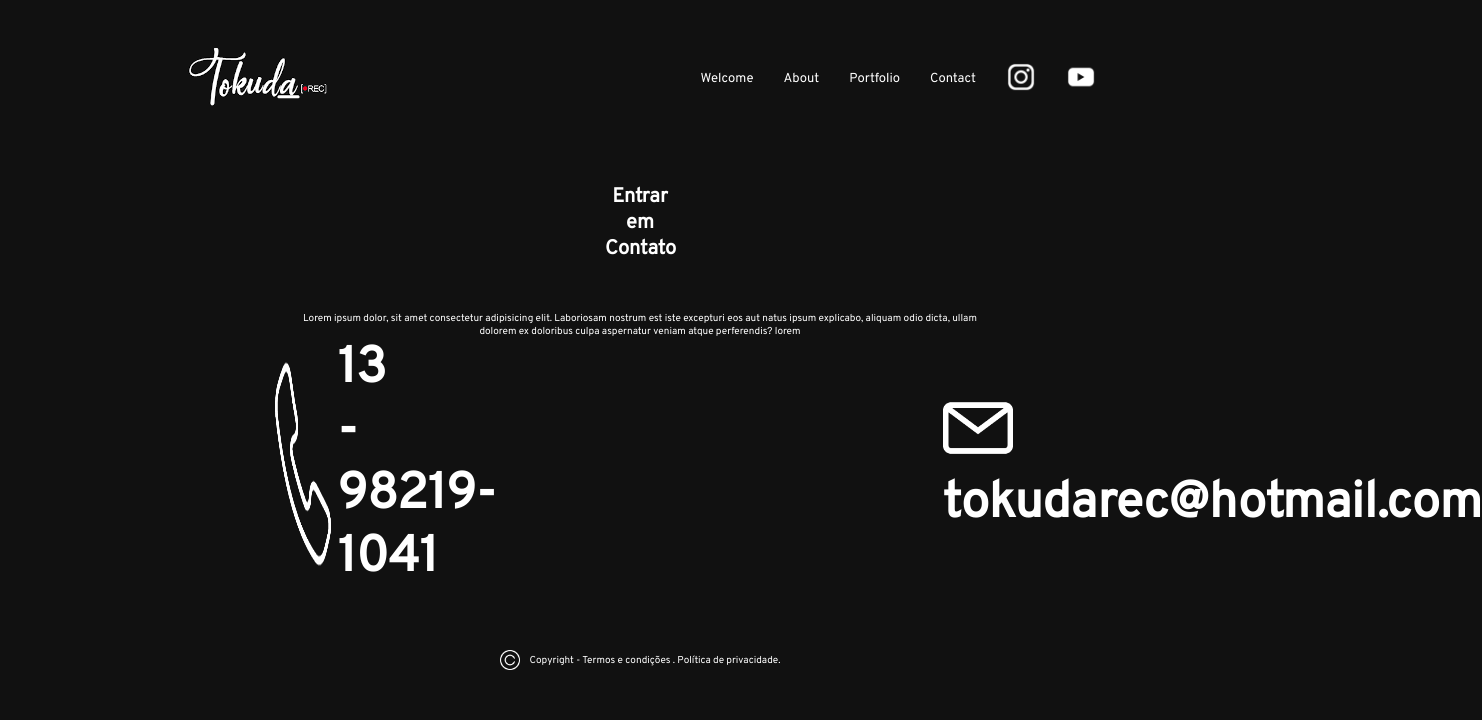
Repository: Lucasbeze/Project-FilmMaker
Page: projeto-alex/pages/contact.html
The author's editor kept a copy of each file at every save. The page is drawn from the files as they stood at one save, then again after the next save.
The browser window is 1280 px wide. The page is 1482 px wide, then 1464 px, so the pictures cover 1482 px, including what lies to the right of the window. The pictures show the whole page.

Above is the page before, as saved 2022-08-26 16:21:49.

### projeto-alex/pages/contact.html
<!DOCTYPE html>
<html lang="pt-br">
<head>
  <meta charset="UTF-8">
  <meta http-equiv="X-UA-Compatible" content="IE=edge">
  <meta name="viewport" content="width=device-width, initial-scale=1.0">
  <title>Contact</title>
  <link rel="stylesheet" href="/css/contact.css">
  <link rel="shortcut icon" href="../imagens/faviconlogo.png" type="image/x-icon">
</head>
<body>
  <header>
    <a href="/"><img src="../imagens/logonovo.png" alt="logo-alextokuda"></a>
    <nav>
      <a href="/">Welcome</a>
      <a href="/about">About</a>
      <a href="/portfolio">Portfolio</a>
      <a href="/contact">Contact</a>
      <a href="https://www.instagram.com/" target="_blank"><img src="../imagens/instagram.png" alt="icon-instagram"></a>
      <a href="https://www.youtube.com/" target="_blank"><img src="../imagens/youtube.png" alt="icon-youtube"></a>
    </nav>
  </header>
  <main>
    <div class="legend">
      <h1>Entrar em Contato</h1>
      <p>Lorem ipsum dolor, sit amet consectetur adipisicing elit. Laboriosam nostrum est iste excepturi eos aut natus ipsum explicabo, aliquam odio dicta, ullam dolorem ex doloribus culpa aspernatur veniam atque perferendis? lorem</p>
    </div>
    <div class="info">
      <div class="tel">
        <img src="../imagens/telefone (1).png" alt="icon-telefone">
        <h1>13 - 98219-1041</h1>
      </div>
      <div class="email">
        <img src="../imagens/o-email.png" alt="">
        <h1>tokudarec@hotmail.com</h1>
      </div>
    </div>
  </main>
  <footer>
    <img src="../imagens/copyright.png" alt="copyright-icon">
    <p>Copyright - Termos e condições . Política de privacidade. </p>
  </footer>

### projeto-alex/css/contact.css
@import url('https://fonts.googleapis.com/css2?family=Overpass&display=swap');

*{
  margin:0;
  padding:0;
  box-sizing:border-box;
}
:root {
  --main-bg-color:#111111;
  --text-color:#FFFFFF;
  --ff-text:'Overpass', sans-serif;
  --color-button: #D9D9D9;
  --color-butttonh:#afafaf ;
  font-size: 62.5%;
}
body{
  background-color:var(--main-bg-color);
  font-family:'Overpass', sans-serif;;
}
header{
  margin-top: 4.4rem;
  display: flex;
  align-items: center;
  justify-content: space-around;

}
header nav{
  font-size: 1.3rem;
  display: flex;
  align-items:center;
  gap: 30px;
}
header nav a {
  text-decoration: none;
  color:var(--text-color);
}
header nav img {
  width: 30px;
}
main .legend{
  color: var(--text-color);
  margin-top: 7rem;
  display: flex;
  text-align: center;
  flex-direction: column;
  align-items: center;
  gap: 5rem;
}
.legend h1 {
  font-size: 2rem;
}
.legend p {
  margin: 0 30rem;
  font-size:1rem;
}
.info {
  display: flex;
  align-items:center;
  justify-content: space-around;
}
.tel {
  display:flex;

  color: var(--text-color);
  font-size: 2.5rem;
}
.email {
  color: var(--text-color);
  font-size: 2.5rem;
}
main .tel img,h1{
  width: 70px;
}
main .email img{
  width:70px;
}
footer{
  margin-top: 6rem;
  display:flex;
  align-items: center;
  justify-content: center;
  align-content: center;
  gap: 1rem;
  color: var(--text-color);
}
footer img{
  width:20px;
}

After the next save:
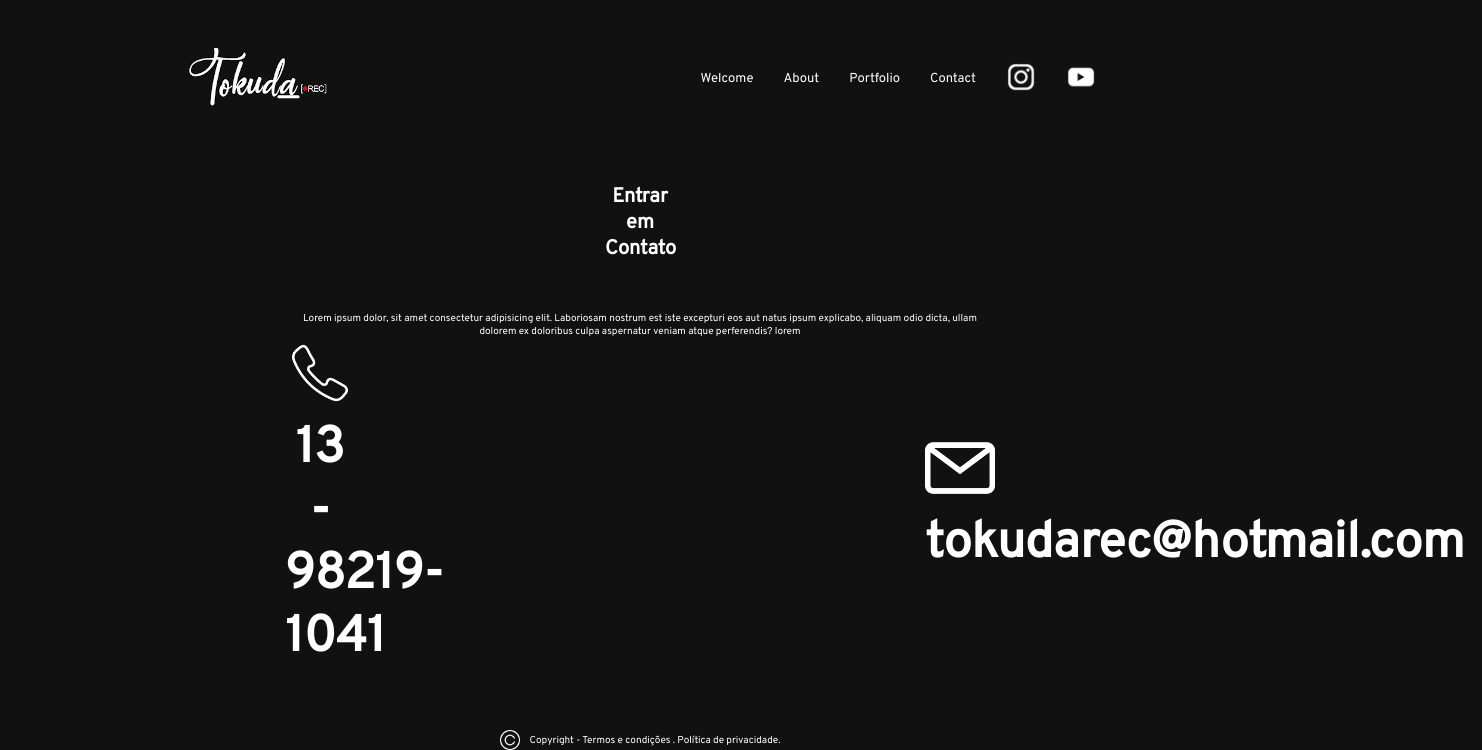
Saved 104 s later.
--- a/projeto-alex/css/contact.css
+++ b/projeto-alex/css/contact.css
@@ -59,8 +59,7 @@ main .legend{
   justify-content: space-around;
 }
 .tel {
-  display:flex;
-
+  text-align: center;
   color: var(--text-color);
   font-size: 2.5rem;
 }
